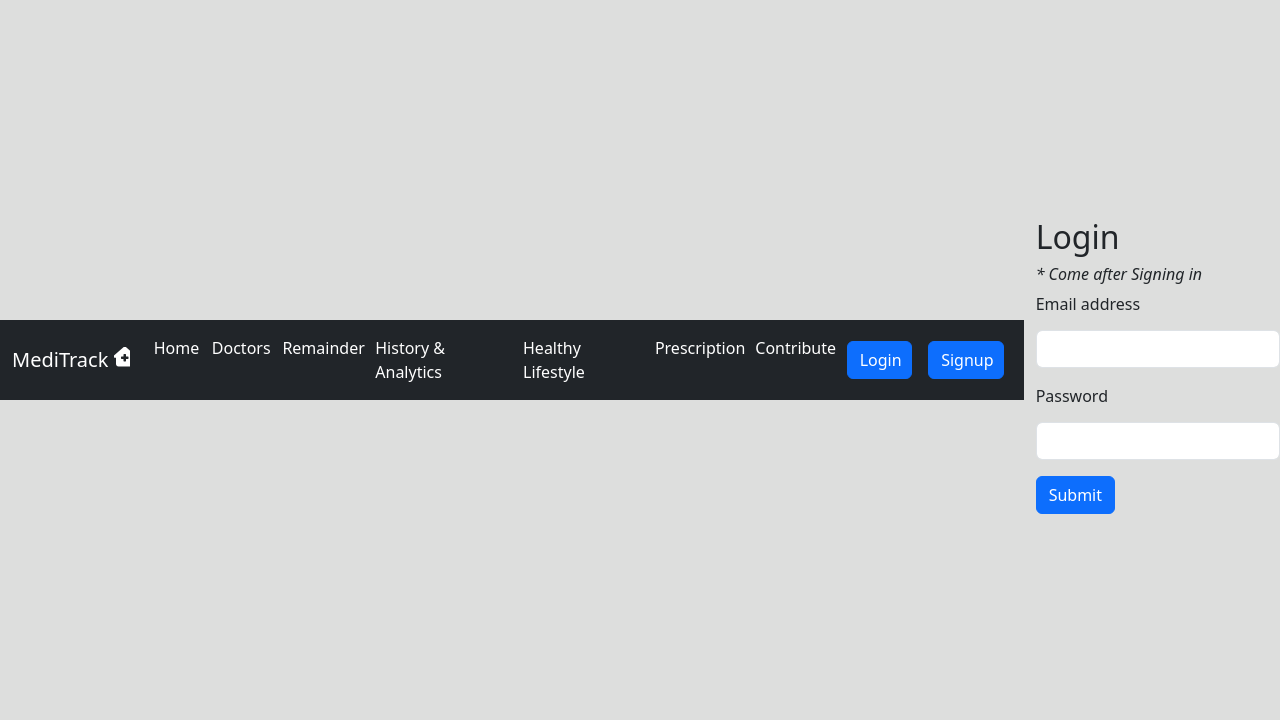
Repository: rahul-chakradhari/PillWise
Page: /login (app in frontend/)
These files come from the project's save history. The page is drawn as it stood at one moment and after the next save; the edit follows.
The browser window is 1280 px wide. The pictures show the whole page.
The project was rebuilt for these pictures with package versions that can differ from the ones it lists, and the page was loaded fresh each time. Also part of the build but not shown: frontend/vite.config.js, frontend/src/components/Home.jsx, frontend/src/components/History.jsx, frontend/src/components/Remainder.jsx, frontend/src/components/Doctors.jsx, frontend/src/components/Healthy.jsx, frontend/src/components/Prescription.jsx, frontend/src/components/Signup.jsx.

Above is the page before, as saved 2025-03-10 13:40:38.

After the next save:
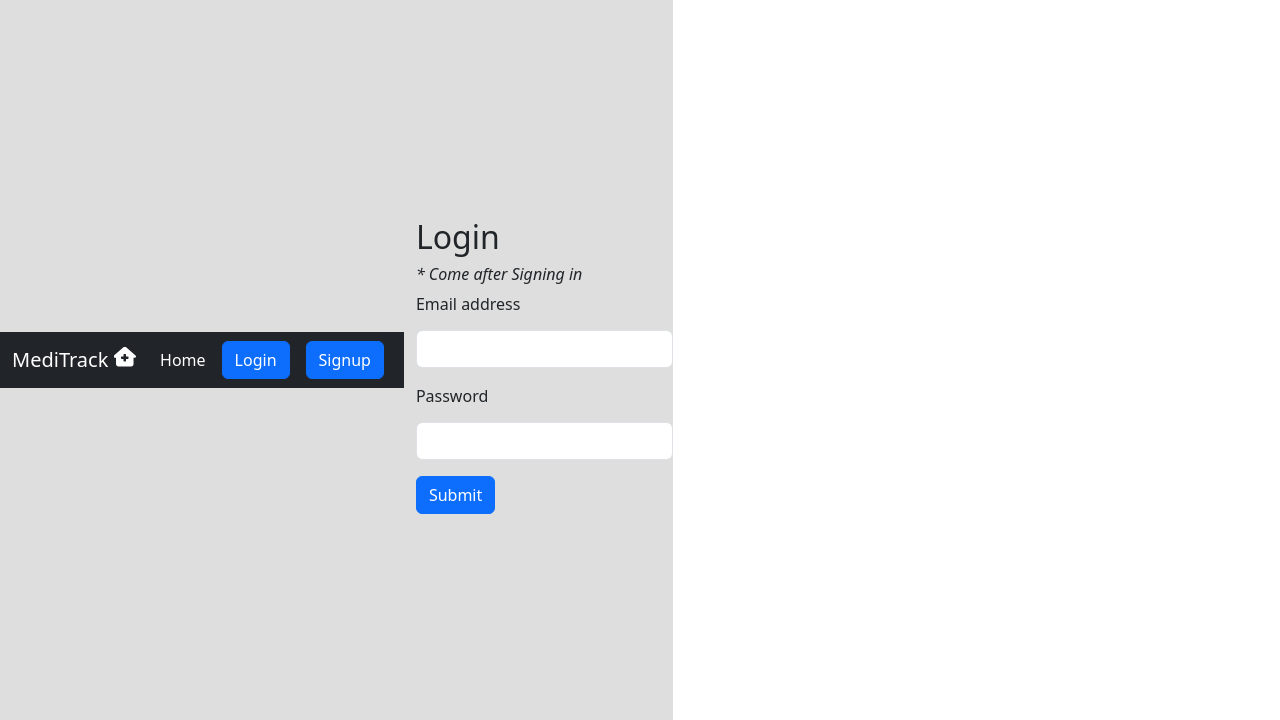
Saved 60 s later.
--- a/frontend/src/components/Navbar.jsx
+++ b/frontend/src/components/Navbar.jsx
@@ -3,14 +3,21 @@
 
 const Navbar = () => {
   const navigate = useNavigate();
-  const [isLoggedIn, setIsLoggedIn] = useState(false);
+  const [isLoggedIn, setIsLoggedIn] = useState(
+    !!localStorage.getItem("auth-token")
+  );
 
-  // Check login status from localStorage
+  // Update login state when auth-token changes
   useEffect(() => {
-    setIsLoggedIn(!!localStorage.getItem("auth-token"));
+    const checkAuth = () => {
+      setIsLoggedIn(!!localStorage.getItem("auth-token"));
+    };
+
+    window.addEventListener("storage", checkAuth); // Listen to changes in localStorage
+    return () => window.removeEventListener("storage", checkAuth);
   }, []);
 
-  // Redirect to login if not logged in
+  // Redirect to login if trying to access protected routes without login
   const handleProtectedRoute = (e) => {
     if (!isLoggedIn) {
       e.preventDefault();
@@ -50,24 +57,21 @@
               </Link>
             </li>
 
-            {[
-              { path: "/doctors", label: "Doctors" },
-              { path: "/remainder", label: "Remainder" },
-              { path: "/history", label: "History & Analytics" },
-              { path: "/healthy", label: "Healthy Lifestyle" },
-              { path: "/prescription", label: "Prescription" },
-              { path: "/contribute", label: "Contribute" },
-            ].map((item) => (
-              <li className="nav-item" key={item.path}>
-                <Link
-                  className="nav-link active"
-                  to={item.path}
-                  onClick={!isLoggedIn ? handleProtectedRoute : undefined}
-                >
-                  {item.label}
-                </Link>
-              </li>
-            ))}
+            {isLoggedIn &&
+              [
+                { path: "/doctors", label: "Doctors" },
+                { path: "/remainder", label: "Remainder" },
+                { path: "/history", label: "History & Analytics" },
+                { path: "/healthy", label: "Healthy Lifestyle" },
+                { path: "/prescription", label: "Prescription" },
+                { path: "/contribute", label: "Contribute" },
+              ].map((item) => (
+                <li className="nav-item" key={item.path}>
+                  <Link className="nav-link active" to={item.path}>
+                    {item.label}
+                  </Link>
+                </li>
+              ))}
           </ul>
 
           {isLoggedIn ? (

After the save that followed:
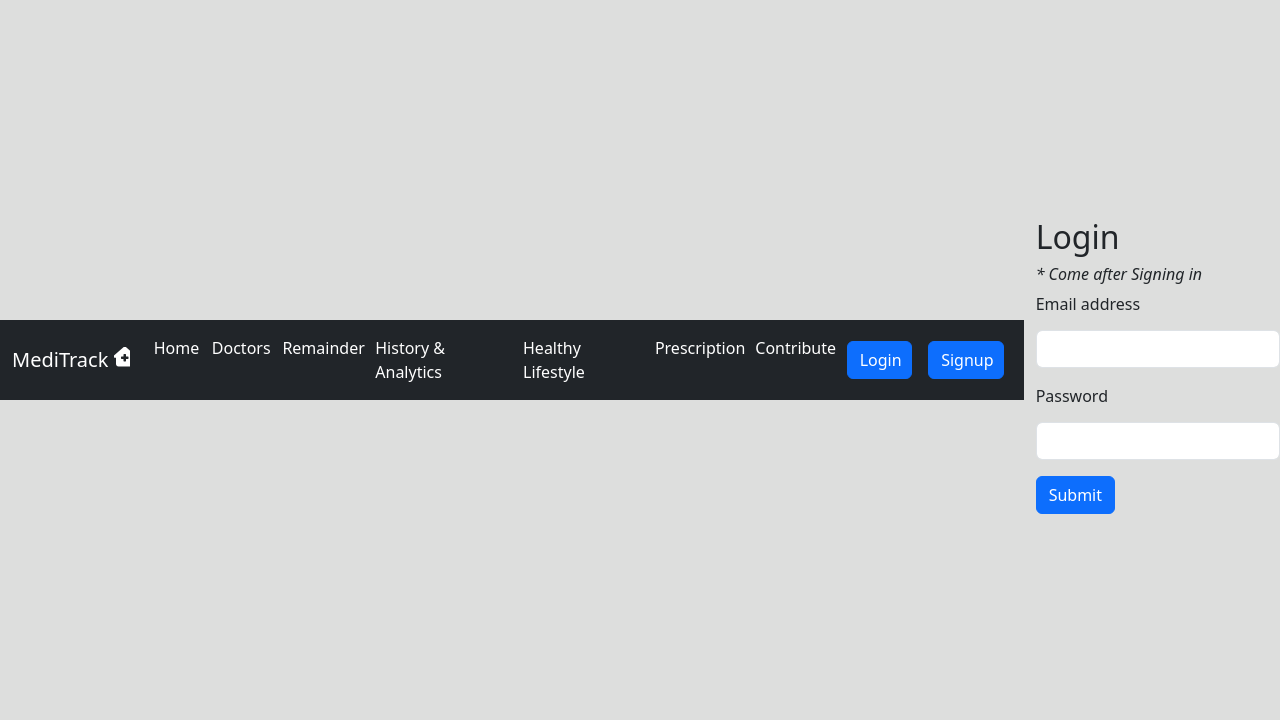
Saved 21 s later.
--- a/frontend/src/components/Navbar.jsx
+++ b/frontend/src/components/Navbar.jsx
@@ -3,21 +3,14 @@
 
 const Navbar = () => {
   const navigate = useNavigate();
-  const [isLoggedIn, setIsLoggedIn] = useState(
-    !!localStorage.getItem("auth-token")
-  );
+  const [isLoggedIn, setIsLoggedIn] = useState(false);
 
-  // Update login state when auth-token changes
+  // Check login status from localStorage
   useEffect(() => {
-    const checkAuth = () => {
-      setIsLoggedIn(!!localStorage.getItem("auth-token"));
-    };
-
-    window.addEventListener("storage", checkAuth); // Listen to changes in localStorage
-    return () => window.removeEventListener("storage", checkAuth);
+    setIsLoggedIn(!!localStorage.getItem("auth-token"));
   }, []);
 
-  // Redirect to login if trying to access protected routes without login
+  // Redirect to login if not logged in
   const handleProtectedRoute = (e) => {
     if (!isLoggedIn) {
       e.preventDefault();
@@ -57,21 +50,24 @@
               </Link>
             </li>
 
-            {isLoggedIn &&
-              [
-                { path: "/doctors", label: "Doctors" },
-                { path: "/remainder", label: "Remainder" },
-                { path: "/history", label: "History & Analytics" },
-                { path: "/healthy", label: "Healthy Lifestyle" },
-                { path: "/prescription", label: "Prescription" },
-                { path: "/contribute", label: "Contribute" },
-              ].map((item) => (
-                <li className="nav-item" key={item.path}>
-                  <Link className="nav-link active" to={item.path}>
-                    {item.label}
-                  </Link>
-                </li>
-              ))}
+            {[
+              { path: "/doctors", label: "Doctors" },
+              { path: "/remainder", label: "Remainder" },
+              { path: "/history", label: "History & Analytics" },
+              { path: "/healthy", label: "Healthy Lifestyle" },
+              { path: "/prescription", label: "Prescription" },
+              { path: "/contribute", label: "Contribute" },
+            ].map((item) => (
+              <li className="nav-item" key={item.path}>
+                <Link
+                  className="nav-link active"
+                  to={item.path}
+                  onClick={!isLoggedIn ? handleProtectedRoute : undefined}
+                >
+                  {item.label}
+                </Link>
+              </li>
+            ))}
           </ul>
 
           {isLoggedIn ? (
